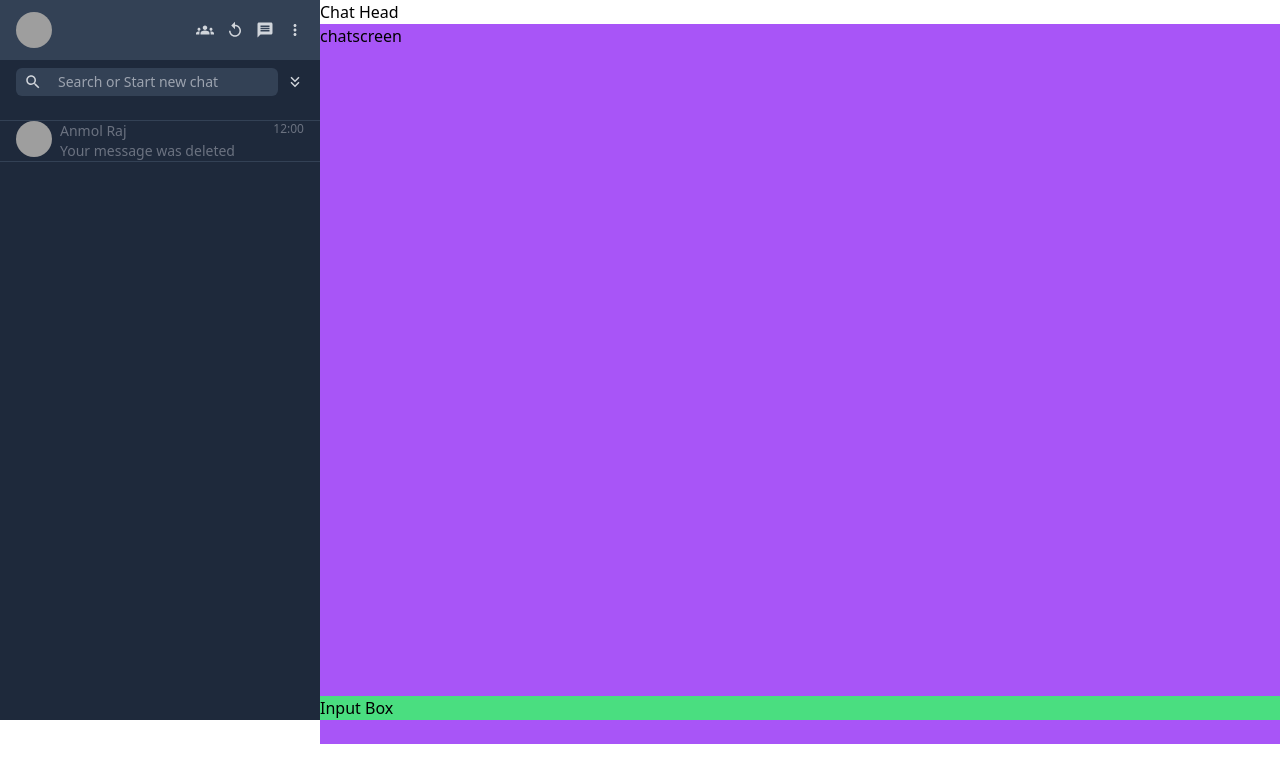
Repository: theanmol-raj/whatsapp
Page: /
These files come from the project's save history. The page is drawn as it stood at one moment and after the next save; the edit follows.
The browser window is 1280 px wide. The pictures show the whole page.
Pictures or frames that could not be fetched are drawn as grey boxes. The project was rebuilt for these pictures with package versions that can differ from the ones it lists, and the page was loaded fresh each time.

Above is the page before, as saved 2022-12-03 22:07:03.

### src/index.js
import React from 'react';
import ReactDOM from 'react-dom/client';
import './index.css';
import App from './App';






const root = ReactDOM.createRoot(document.getElementById('root'));

root.render(
  <App />
);

### src/App.js
import Homescreen from "./Screens/Homescreen";

function App() {

  return (
    <div className="h-screen w-screen bg-slate-900">
      <Homescreen />
      {/* LoginScreen */}
    </div>
  );
}

export default App;

### src/Screens/Homescreen.jsx
import React from 'react'
import ChatScreen from '../Components/ChatScreen'
import ContactList from '../Components/ContactList'

function Homescreen() {
  return (
    <div className=' w-full max-w-[95rem] grid grid-cols-4 h-screen bg-red-500 mx-auto'>
        {/* Contact List */}
            <ContactList />
        {/* Message Box */}
            <ChatScreen />

    </div>
  )
}

export default Homescreen

### src/Components/ChatScreen.jsx
import React from 'react'

function ChatScreen() {
  return (
    <div className=' bg-yellow-400 col-span-3 relative'>
        <div className=' w-full bg-white sticky top-0'>
                Chat Head
        </div>
        <div className=' h-full bg-purple-500'>
                chatscreen
        </div>
        <div className=' w-full sticky bottom-0 bg-green-400'>
                Input Box
        </div>
    </div>
  )
}

export default ChatScreen

### src/Components/ContactList.jsx
import React from 'react'
import GroupsIcon from '@mui/icons-material/Groups';
import ReplayIcon from '@mui/icons-material/Replay';
import MessageIcon from '@mui/icons-material/Message';
import MoreVertIcon from '@mui/icons-material/MoreVert';
import KeyboardDoubleArrowDownIcon from '@mui/icons-material/KeyboardDoubleArrowDown';
import SearchIcon from '@mui/icons-material/Search';
import ContactCard from './ContactCard';


function ContactList() {
  return (
    <div className=' bg-slate-800'>
      <div className=' flex justify-between items-center p-3 px-4 bg-slate-700'>
        <img className=' rounded-full h-9 w-9' alt='' src="https://pps.whatsapp.net/v/t61.24694-24/158723607_419193396439292_5955373819812020282_n.jpg?stp=dst-jpg_s96x96&ccb=11-4&oh=01_AdRKjHR9ktMhs2HrAksQulr5trvWOTtpB53hlyDh0ZECbw&oe=63986EC2" />
        <div className=' flex text-gray-300 text-lg space-x-3'>
          <GroupsIcon fontSize='inherit' />
          <ReplayIcon fontSize='inherit' />
          <MessageIcon fontSize='inherit' />
          <MoreVertIcon fontSize='inherit' />
        </div>

      </div>
      <div className=' flex items-center text-gray-300 px-4 py-2 text-lg space-x-2'>
        <div className='flex items-center w-full bg-slate-700 space-x-4 px-2 py-1 rounded-md'>
          <SearchIcon fontSize='inherit' />
          <input placeholder='Search or Start new chat' className=' bg-transparent text-sm w-full' />
        </div>
        <KeyboardDoubleArrowDownIcon fontSize='inherit' />
      </div>

      <div className='mt-4'>
        <ContactCard />
      </div>

    </div>
  )
}

export default ContactList

### src/Components/ContactCard.jsx
import React from 'react'

function ContactCard() {
  return (
    <div className='text-gray-500 border-y border-slate-700 text-sm'>
        <div className=' flex justify-between mx-4'>
            <div className=' flex space-x-2'>
                <img className=' rounded-full h-9 w-9' alt='' src="https://pps.whatsapp.net/v/t61.24694-24/158723607_419193396439292_5955373819812020282_n.jpg?stp=dst-jpg_s96x96&ccb=11-4&oh=01_AdRKjHR9ktMhs2HrAksQulr5trvWOTtpB53hlyDh0ZECbw&oe=63986EC2" />
                <div>
                    <p>Anmol Raj</p>
                    <p> Your message was deleted</p>
                </div>
            </div>
            <div>
                <p className='text-xs '>12:00</p>
            </div>
        </div>
    </div>
  )
}

export default ContactCard

Loaded but not shown: public/index.html (common file); src/index.css (common file); tailwind.config.js (common file)

After the next save:
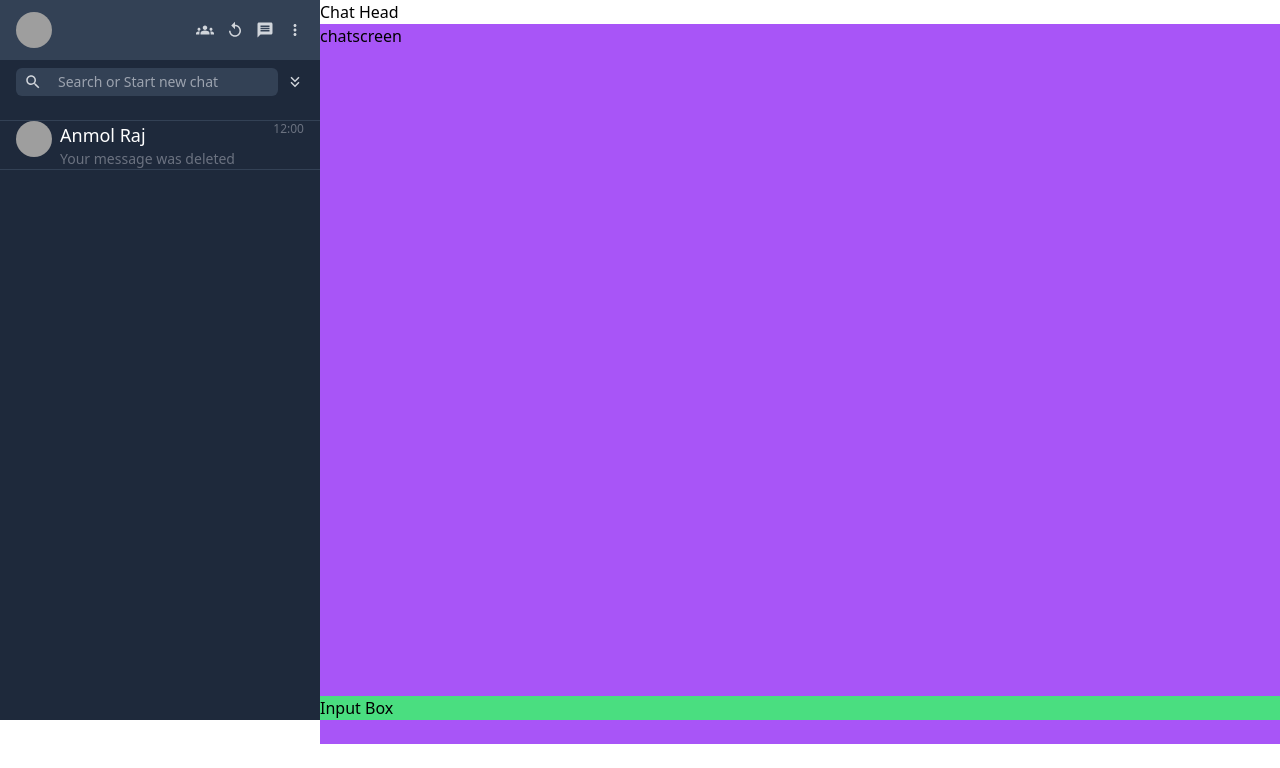
Saved 28 s later.
--- a/src/Components/ContactCard.jsx
+++ b/src/Components/ContactCard.jsx
@@ -7,7 +7,7 @@ function ContactCard() {
             <div className=' flex space-x-2'>
                 <img className=' rounded-full h-9 w-9' alt='' src="https://pps.whatsapp.net/v/t61.24694-24/158723607_419193396439292_5955373819812020282_n.jpg?stp=dst-jpg_s96x96&ccb=11-4&oh=01_AdRKjHR9ktMhs2HrAksQulr5trvWOTtpB53hlyDh0ZECbw&oe=63986EC2" />
                 <div>
-                    <p>Anmol Raj</p>
+                    <p className=' text-white text-lg'>Anmol Raj</p>
                     <p> Your message was deleted</p>
                 </div>
             </div>
